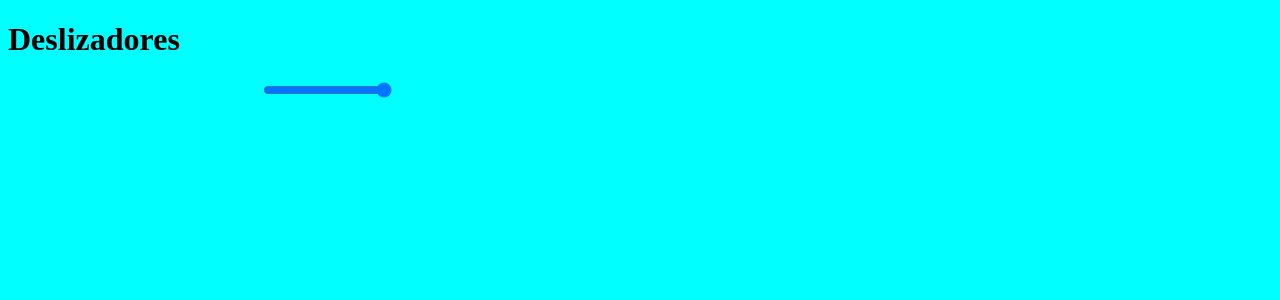
Repository: Kevin8548/Ejercicios-DOM
Page: Deslizador.html
The author's editor kept a copy of each file at every save. The page is drawn from the files as they stood at one save, then again after the next save.
The browser window is 1280 px wide. The pictures show the whole page.

Above is the page before, as saved 2024-10-02 13:37:33.

After the next save:
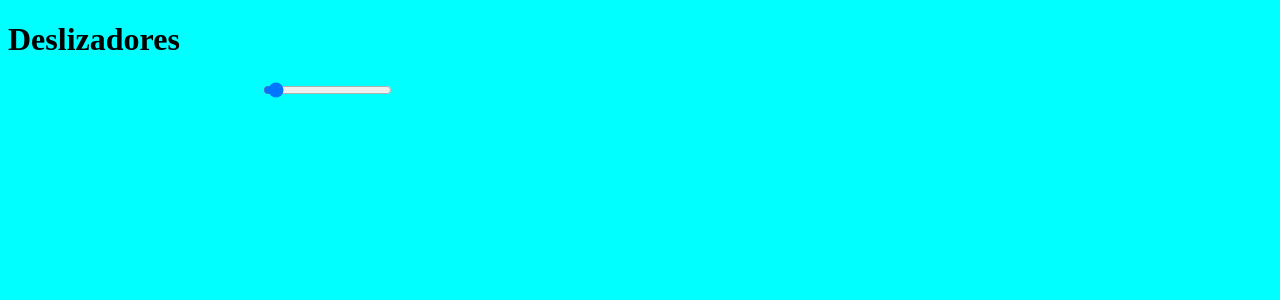
Saved 5 s later.
--- a/Deslizador.html
+++ b/Deslizador.html
@@ -10,7 +10,7 @@
     <H1>Deslizadores</H1>
     <div class="parent">
         <div class="div1">
-            <input type="range" id="slider" min="0" max="100" value="500" step="1">
+            <input type="range" id="slider" min="0" max="1000" value="50" step="1">
             </div>
         <div class="div2"> </div>
         </div>
